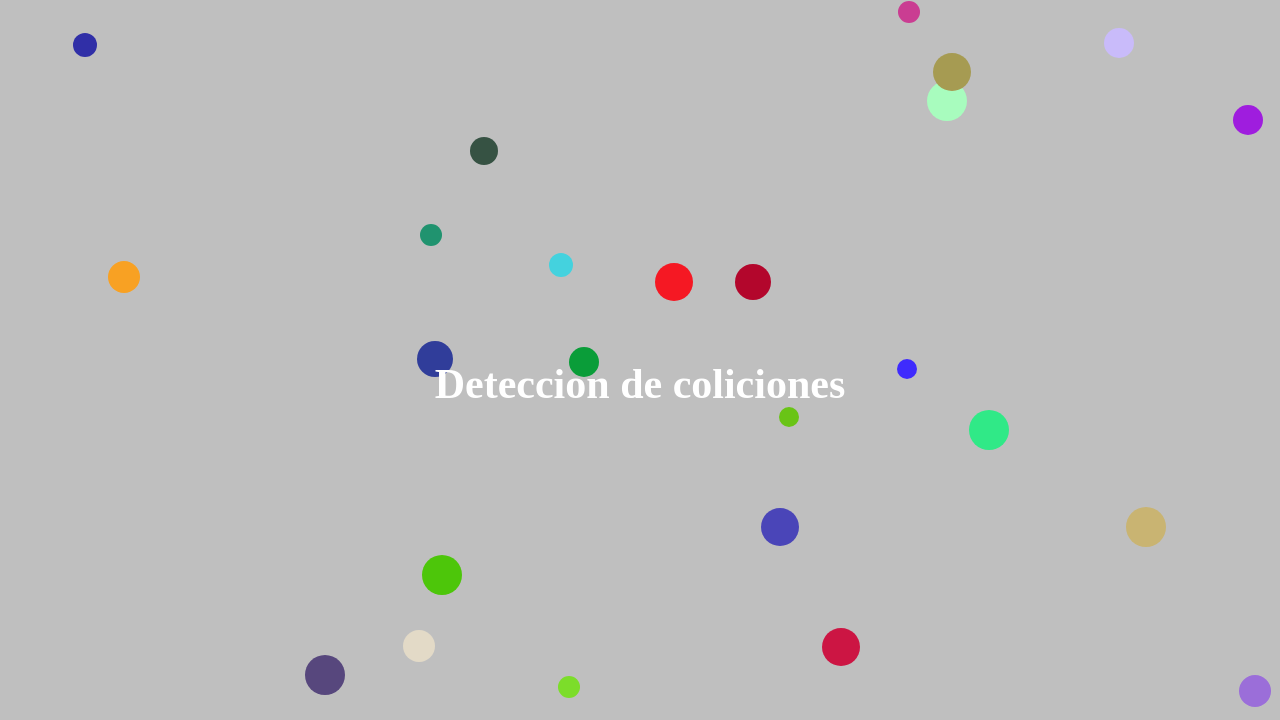
Repository: mvbri/Bouncing-Balls-Animation
Page: index.html
An editor plug-in stored every save of this project. The page is shown before and after the next save, followed by the edit.
The browser window is 1280 px wide. The pictures show the whole page.

Above is the page before, as saved 2023-01-15 17:33:04.
Console error: TypeError: balls is not iterable

After the next save:
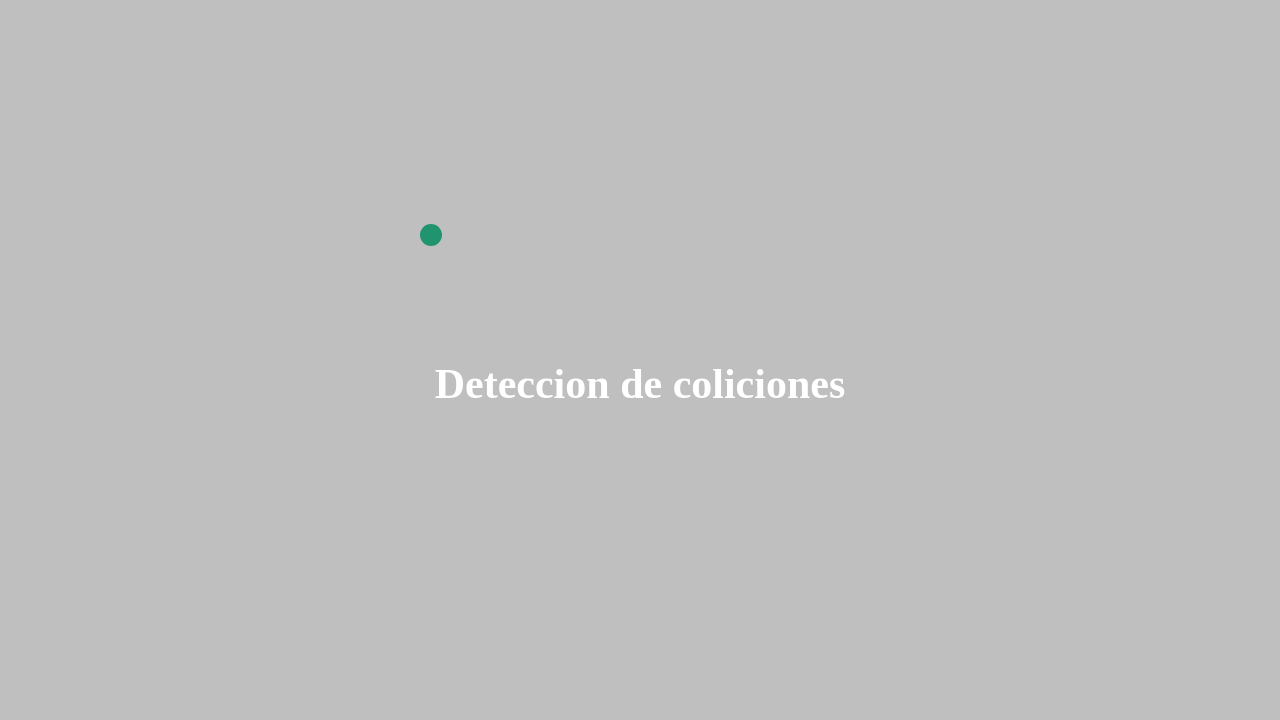
Console error: ReferenceError: width is not defined
Saved 62 s later.
--- a/bouncingBalls.js
+++ b/bouncingBalls.js
@@ -22,8 +22,7 @@ const getDimentions = () => {
 	let height = window.innerHeight;
 	canvas.width = width;
 	canvas.height = height;
-	let balls = drawBalls(25, width, height);
-	loop(width, height, balls);
+	loop(width, height);
 };
 
 // function Ball(x, y, vely, velx, color, size) {
@@ -54,7 +53,7 @@ class Ball {
 		ctx.arc(this.x, this.y, this.size, 0, 2 * Math.PI);
 		ctx.fill();
 	}
-	update(width, height) {
+	update() {
 		if (this.x + this.size >= width) this.velx = -this.velx;
 		if (this.x - this.size <= 0) this.velx = -this.velx;
 		if (this.y + this.size >= height) this.vely = -this.vely;
@@ -83,13 +82,15 @@ const drawBalls = (amount, width, height) => {
 	return balls;
 };
 
-const loop = (width, height, balls) => {
+const loop = (width, height) => {
 	ctx.fillStyle = 'rgba(0, 0, 0, 0.25)';
 	ctx.fillRect(0, 0, width, height);
 
+	let balls = drawBalls(25, window.innerWidth, window.innerHeight);
+
 	for (const ball of balls) {
 		ball.draw();
-		ball.update(width, height);
+		ball.update();
 	}
 
 	requestAnimationFrame(loop);
